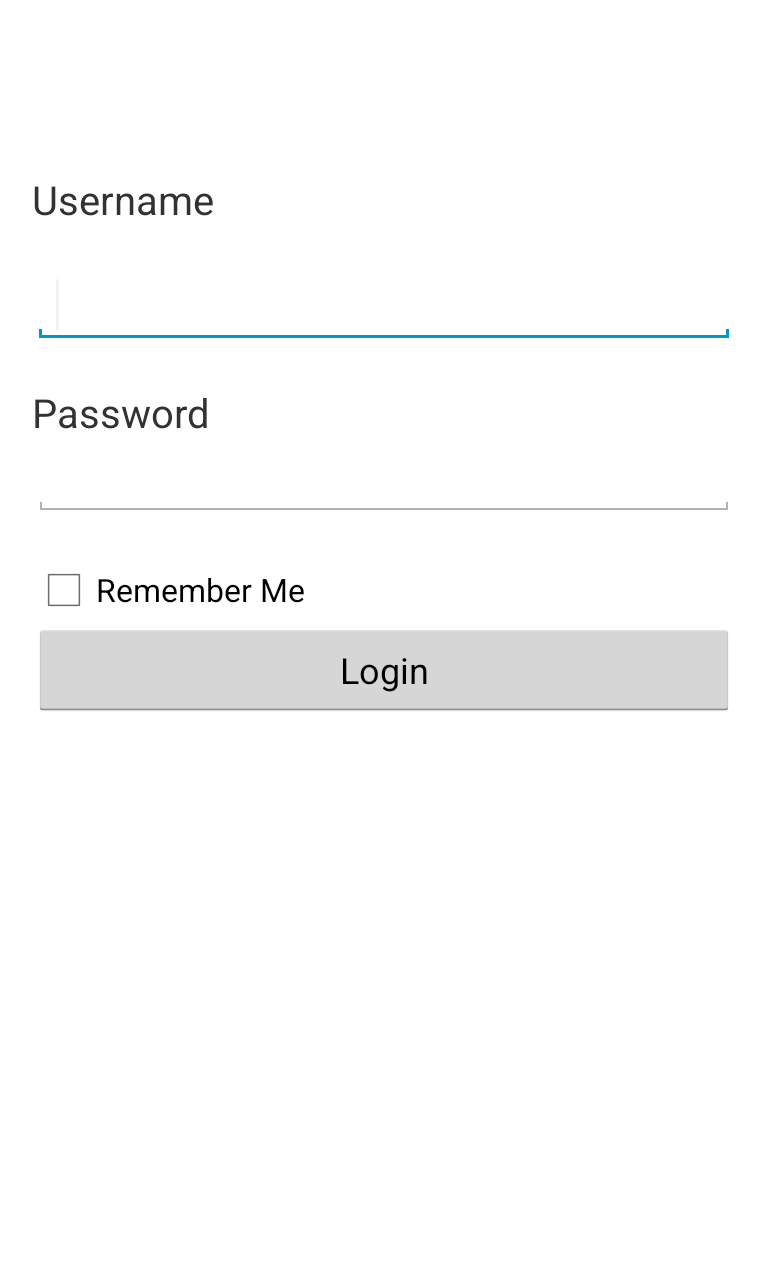
Repository: emeryduh/AndroidProject
Layout: client/TeamJonesProject/res/layout/activity_login.xml
The author's editor kept a copy of each file at every save. The layout is drawn from the files as they stood at one save, then again after a run of saves.
It is drawn on a 768 x 1280 px phone screen (xhdpi) without system bars, with theme AppTheme; the app's code is not run.

Above is the layout before, as saved 2014-10-01 01:29:34.

### client/TeamJonesProject/res/layout/activity_login.xml
<RelativeLayout xmlns:android="http://schemas.android.com/apk/res/android"
    xmlns:tools="http://schemas.android.com/tools"
    android:layout_width="match_parent"
    android:layout_height="match_parent"
    android:paddingBottom="@dimen/activity_vertical_margin"
    android:paddingLeft="@dimen/activity_horizontal_margin"
    android:paddingRight="@dimen/activity_horizontal_margin"
    android:paddingTop="@dimen/activity_vertical_margin"
    tools:context="com.comp313.LoginActivity" >

    <LinearLayout
        android:id="@+id/linearLayout_header"
        android:layout_width="match_parent"
        android:layout_height="@dimen/bodySpacing_headerHeight"
        android:layout_alignParentLeft="true"
        android:layout_alignParentTop="true"
        android:orientation="vertical" >
    </LinearLayout>

    <LinearLayout
        android:id="@+id/linearLayout_body"
        android:layout_width="match_parent"
        android:layout_height="wrap_content"
        android:layout_alignLeft="@+id/linearLayout_header"
        android:layout_below="@+id/linearLayout_header"
        android:orientation="vertical" >

        <TextView
            android:id="@+id/username_text"
            android:layout_width="match_parent"
            android:layout_height="wrap_content"
            android:layout_gravity="center_horizontal"
            android:text="@string/username_text"
            android:textSize="20sp" />

        <EditText
            android:id="@+id/username_field"
            android:layout_width="match_parent"
            android:layout_height="wrap_content"
            android:layout_gravity="center_horizontal"
            android:layout_marginTop="@dimen/bodySpacing_top"
            android:ems="10"
            android:inputType="textAutoComplete" >

            <requestFocus />
        </EditText>

        <TextView
            android:id="@+id/password_text"
            android:layout_width="match_parent"
            android:layout_height="wrap_content"
            android:layout_gravity="center_horizontal"
            android:layout_marginTop="@dimen/bodySpacing_top"
            android:text="@string/password_text"
            android:textSize="20sp" />

        <EditText
            android:id="@+id/password_field"
            android:layout_width="match_parent"
            android:layout_height="wrap_content"
            android:layout_gravity="center_horizontal"
            android:ems="10"
            android:inputType="textPassword" />

        <CheckBox
            android:id="@+id/rememberMeCheckBox"
            android:layout_width="match_parent"
            android:layout_height="wrap_content"
            android:layout_gravity="center_horizontal"
            android:layout_marginTop="@dimen/bodySpacing_top"
            android:text="@string/rememberMe_text" />

        <Button
            android:id="@+id/loginButton"
            android:layout_width="match_parent"
            android:layout_height="wrap_content"
            android:layout_gravity="center_horizontal"
            android:text="@string/login_text" />

    </LinearLayout>

    <LinearLayout
        android:id="@+id/linearLayout_footer"
        android:layout_width="match_parent"
        android:layout_height="wrap_content"
        android:layout_alignParentBottom="true"
        android:layout_alignParentLeft="true"
        android:layout_marginBottom="50dp"
        android:orientation="vertical" >
    </LinearLayout>

</RelativeLayout>

### client/TeamJonesProject/res/values/dimens.xml
<resources>

    <!-- Default screen margins, per the Android Design guidelines. -->
    <dimen name="activity_horizontal_margin">16dp</dimen>
    <dimen name="activity_vertical_margin">16dp</dimen>

    <!-- Chat Activity Configuration -->
    <dimen name="chatbox_min_height">15dp</dimen>
    <dimen name="chatbox_max_height">150dp</dimen>
    <dimen name="chatbox_min_width">15dp</dimen>
    <dimen name="chatbox_max_width">150dp</dimen>

    <!-- Registration Activity Configuration -->
    <dimen name="bodySpacing_headerHeight">70dp</dimen>
    <dimen name="bodySpacing_top">20dp</dimen>
</resources>

### client/TeamJonesProject/res/values/strings.xml
<?xml version="1.0" encoding="utf-8"?>
<resources>

    <string name="app_name">CentChat</string>
    <string name="action_settings">Settings</string>

    <!-- Chat screen text -->
    <string name="btnSend_text">Send</string>
    <string name="default_text">Welcome to CentChat!</string>
    <string name="default_clientType_text">Type a message here.</string>

    <!-- Login screen text -->
    <string name="username_text">Username</string>
    <string name="password_text">Password</string>
    <string name="rememberMe_text">Remember Me</string>
    <string name="login_text">Login</string>
    <string name="title_activity_login">LoginActivity</string>

    <!-- Registration screen text -->
    <string name="username_registration_text">Username</string>
    <string name="email_registration_text">Email</string>
    <string name="password_registration_text">Password</string>
    <string name="password_registration_check_text">Re-enter Password</string>
    <string name="submit_registration_text">Register</string>
    <string name="title_activity_registration">RegistrationActivity</string>


</resources>

Loaded but not shown: client/TeamJonesProject/res/values/styles.xml (common file); client/TeamJonesProject/res/values-v11/styles.xml (common file); client/TeamJonesProject/res/values-v14/styles.xml (common file); client/TeamJonesProject/res/values-w820dp/dimens.xml (common file)

After the next 2 saves:
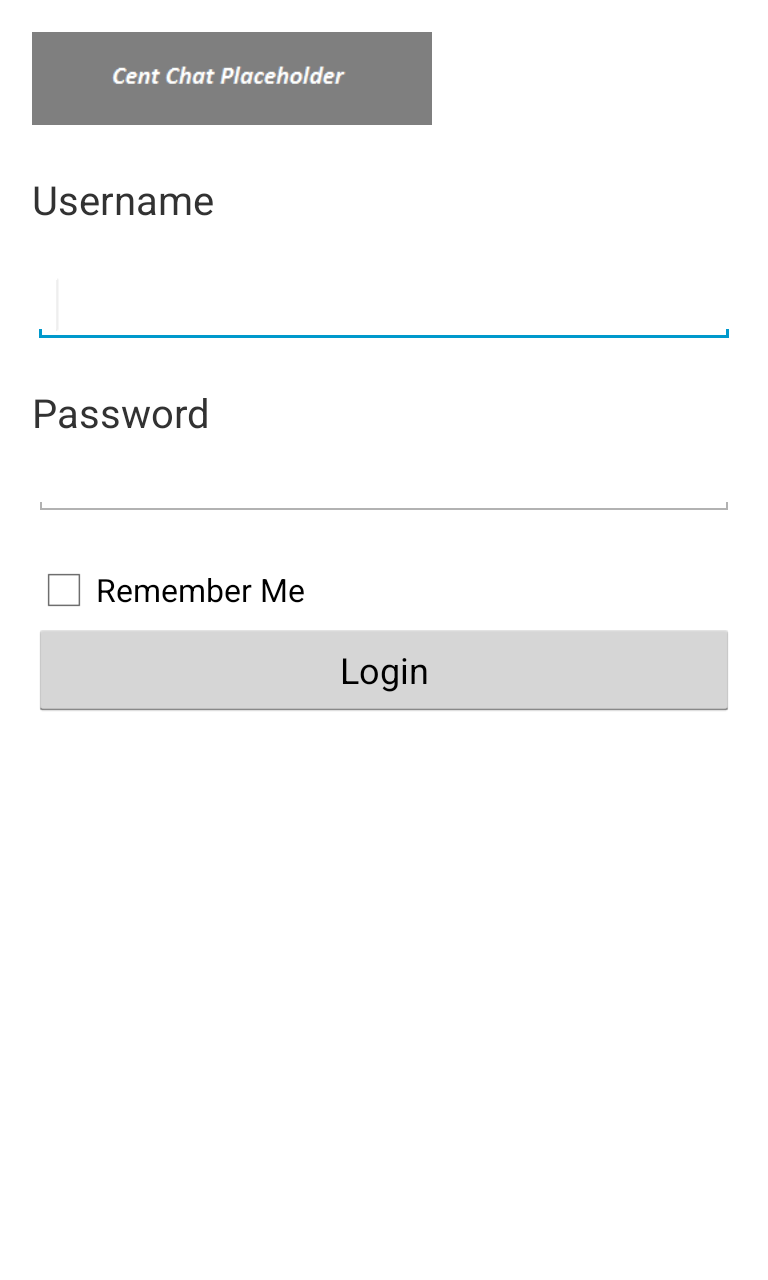
The 2 saves are shown as one change because 1 did not build or start.
The last was saved 10 min 22 s later.
--- a/client/TeamJonesProject/res/layout/activity_login.xml
+++ b/client/TeamJonesProject/res/layout/activity_login.xml
@@ -15,6 +15,13 @@
         android:layout_alignParentLeft="true"
         android:layout_alignParentTop="true"
         android:orientation="vertical" >
+
+        <ImageView
+            android:id="@+id/imageView1"
+            android:layout_width="wrap_content"
+            android:layout_height="wrap_content"
+            android:src="@drawable/header_300x70" />
+
     </LinearLayout>
 
     <LinearLayout
